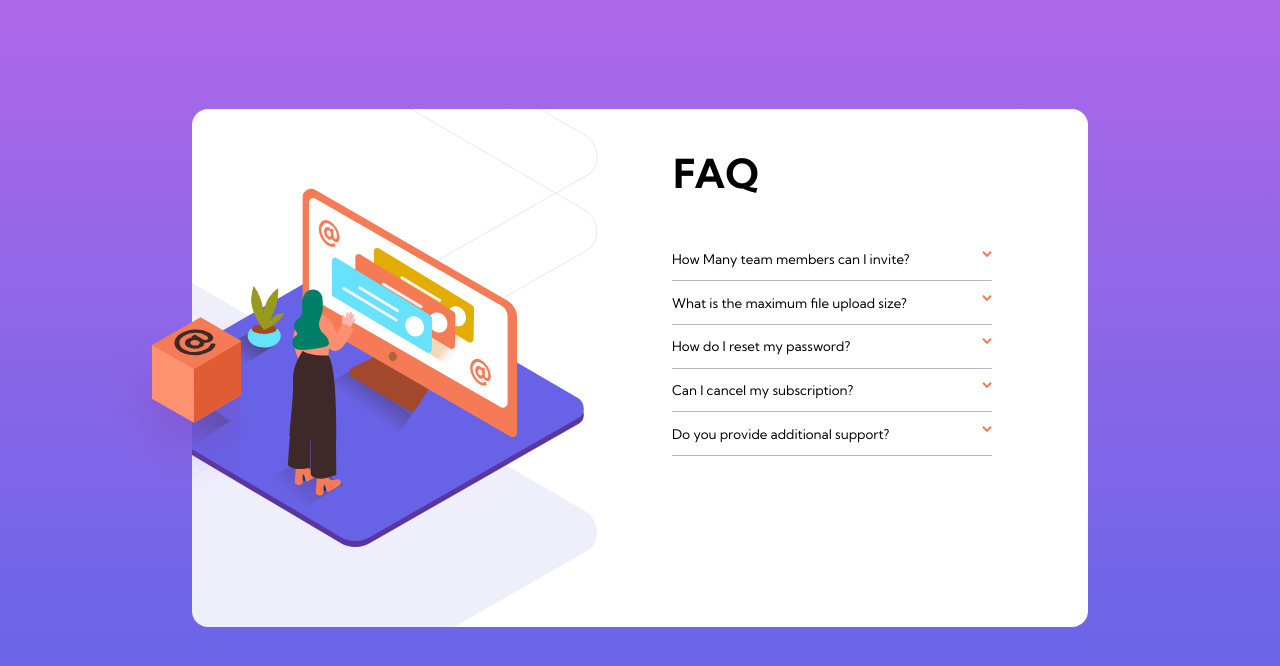
Repository: ryanwilll/ProjetoFAQ
Page: index.html
The author's editor kept a copy of each file at every save. The page is drawn from the files as they stood at one save, then again after the next save.
The browser window is 1280 px wide. The pictures show the whole page.

Above is the page before, as saved 2022-10-28 12:23:20.

After the next save:
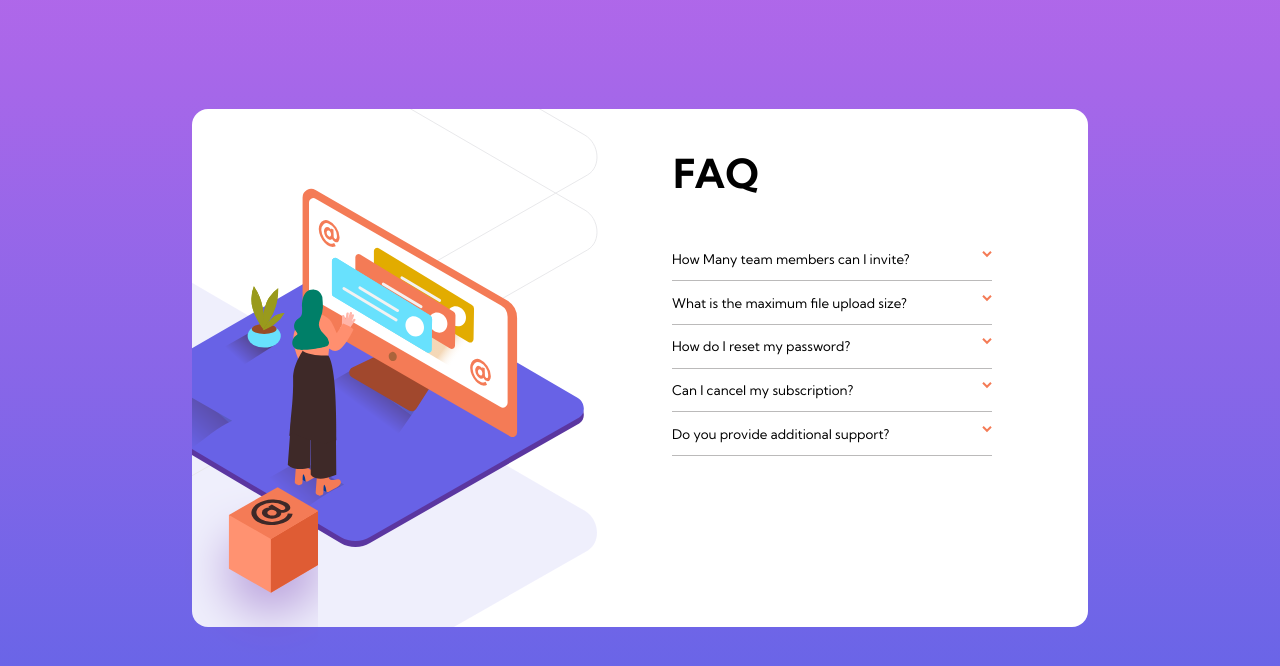
Saved 90 s later.
--- a/css/allmedia.css
+++ b/css/allmedia.css
@@ -153,7 +153,6 @@
     position: absolute;
     top: 23.5em;
     left: -1.6%;
-    transform: translate(-55%, -90%);
     animation: boxHop 2s ease-in-out;
     animation-iteration-count: infinite;
   }
